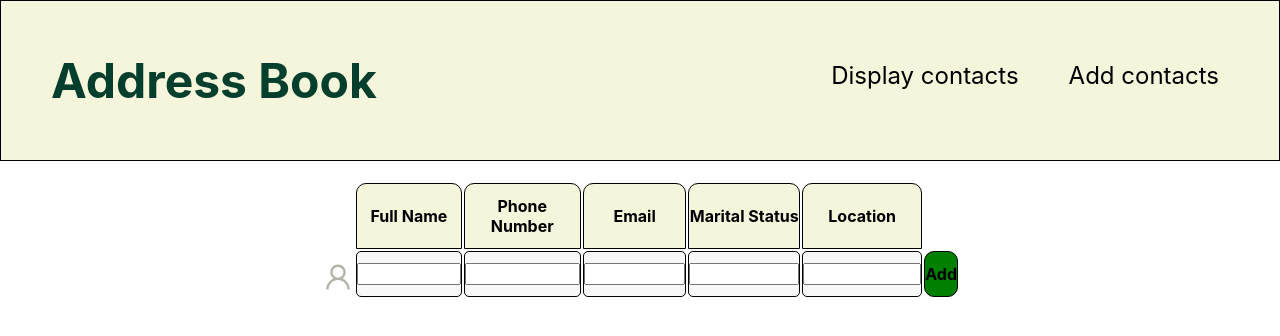
Repository: jatannoury/Address-Book
Page: /add_contact
An editor plug-in stored every save of this project. The page is shown before and after the next save, followed by the edit.
The browser window is 1280 px wide. The pictures show the whole page.
The project was rebuilt for these pictures with package versions that can differ from the ones it lists, and the page was loaded fresh each time. Also part of the build but not shown: src/components/Email.js, src/components/Password.js, src/components/Login.js, src/components/Username.js, src/components/SignUp.js, src/components/Table.js, src/components/Contacts.js.

Above is the page before, as saved 2022-06-25 23:43:56.

After the next save:
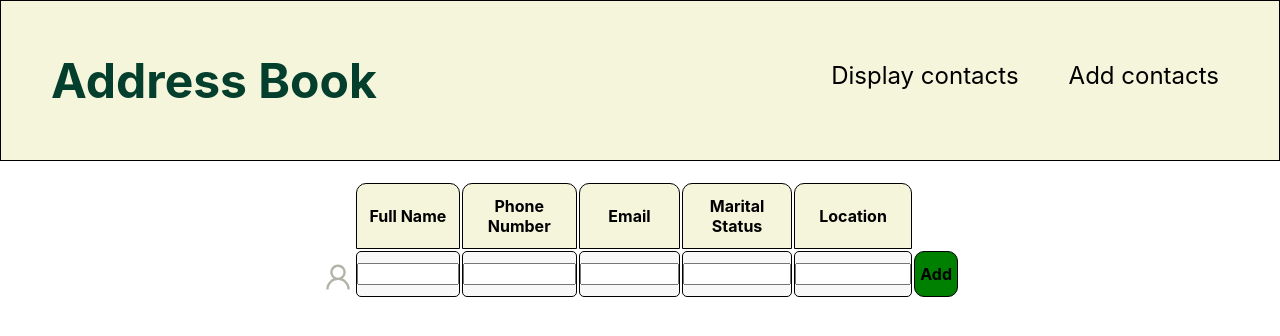
Saved 18 s later.
--- a/src/App.css
+++ b/src/App.css
@@ -195,4 +195,6 @@ th:first-child {
   border-radius: 10px;
   background-color: green;
   cursor: pointer;
-}
+  padding-left: 5px;
+  padding-right: 5px;
+}
